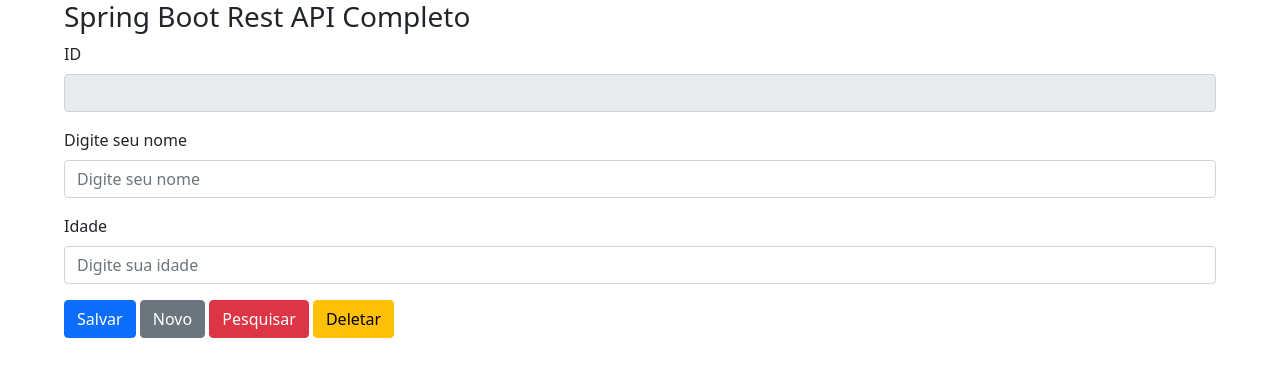
Repository: aldo-pereira22/projeto-srping-boot-1
Page: back-end/springboot-rest-api-sample/src/main/resources/static/index.html
The author's editor kept a copy of each file at every save. The page is drawn from the files as they stood at one save, then again after the next save.
The browser window is 1280 px wide. The pictures show the whole page.

Above is the page before, as saved 2021-06-10 20:32:43.

### back-end/springboot-rest-api-sample/src/main/resources/static/index.html
<html>

<head>

	<meta charset="utf-8">
	<title> Srping Boot com </title>
	<!-- Bootstrap CSS -->
	<link href="https://cdn.jsdelivr.net/npm/bootstrap@5.0.1/dist/css/bootstrap.min.css" rel="stylesheet"
		integrity="sha384-+0n0xVW2eSR5OomGNYDnhzAbDsOXxcvSN1TPprVMTNDbiYZCxYbOOl7+AMvyTG2x" crossorigin="anonymous">

<style type="text/css" >

	html {
		margin-left: 5%;
		margin-right: 5%;

	}
</style>
</head>

<body>
	<h3> Spring Boot Rest API Completo </h3>


	<form action="" id="formCadastroUser">
		<div class="mb-3">
			<label for="id" class="form-label">ID</label>
			<input type="text" class="form-control" id="id" readonly="readonly">
		</div>

		<div class="mb-3">
			<label for="nome" class="form-label">Digite seu nome</label>
			<input type="text" class="form-control" id="nome" required="required" placeholder="Digite seu nome">
		</div>
		<div class="mb-3">
			<label for="idade" class="form-label"> Idade </label>
			<input type="number" class="form-control" id="idade" required="required" placeholder="Digite sua idade">
		</div>


	</form>
	<button type="button" class="btn btn-primary" onclick="salvarUsuario()">Salvar</button>
	<button type="button" class="btn btn-secondary"
		onclick="document.getElementById('formCadastroUser').reset()">Novo</button>
	<button type="button" class="btn btn-danger" data-bs-toggle="modal" data-bs-target="#modalPesquisaUser">Pesquisar
	</button>
	<button type="button" class="btn btn-warning" onclick="botaoDeletar()" >Deletar</button>


	<div class="modal fade" id="modalPesquisaUser" tabindex="-1" aria-labelledby="exampleModalLabel" aria-hidden="true">
		<div class="modal-dialog">
			<div class="modal-content">
				<div class="modal-header">
					<h5 class="modal-title" id="exampleModalLabel">Pesquisa de Usuario</h5>
					<button type="button" class="btn-close" data-bs-dismiss="modal" aria-label="Close"></button>
				</div>
				<div class="modal-body">
					<form>
						<div class="mb-3">
							<label for="nameBusca" class="col-form-label">Informe o nome:</label>
							<input type="text" class="form-control" id="nameBusca">
						</div>
						<button type="button" class="btn btn-success" onclick="pesquisaUser()">Buscar</button>
					</form>

					<table class="table" id="tabelaresultados">
						<thead>
							<tr>
								<th scope="col">Id</th>
								<th scope="col">Nome</th>
								<th scope="col">Editar</th>
								<th scope="col">Deletar</th>
							</tr>
						</thead>
						<tbody>

						</tbody>
					</table>
				</div>
				<div class="modal-footer">
					<button type="button" class="btn btn-secondary" data-bs-dismiss="modal">Fechar</button>
				</div>
			</div>
		</div>
	</div>


	<script src="https://code.jquery.com/jquery-3.6.0.min.js"
		integrity="sha256-/xUj+3OJU5yExlq6GSYGSHk7tPXikynS7ogEvDej/m4=" crossorigin="anonymous"></script>
	<!-- Option 1: Bootstrap Bundle with Popper -->
	<script src="https://cdn.jsdelivr.net/npm/bootstrap@5.0.1/dist/js/bootstrap.bundle.min.js"
		integrity="sha384-gtEjrD/SeCtmISkJkNUaaKMoLD0//ElJ19smozuHV6z3Iehds+3Ulb9Bn9Plx0x4"
		crossorigin="anonymous"></script>
	<script type="text/javascript">

		function botaoDeletar(){
			var id = $('#id').val();
			deleteUser(id);

			document.getElementById('formCadastroUser').reset();
		}

		function deleteUser(id) {

			if (confirm("Deseja mesmo deletar ?")) {



				$.ajax({
					method: "DELETE",
					url: "delete",
					data: "iduser=" + id,
					success: function (response) {
						$('#' + id).remove();
						alert(response);

					}
				}).fail(function (xhr, status, errorThrown) {
					console.log("Erro ao Buscar o usuário por id" + xhr.responseText);
					alert(id);
					alert(xhr.responseText);
				});
			}

		}


		// Faz a requisição AJAX para o endpoint para pesquisar um usuário
		function pesquisaUser() {
			var nome = $('#nameBusca').val();

			if (nome != null && nome.trim() != '') {

				$.ajax({
					method: "GET",
					url: "buscarPorNome",
					data: "name=" + nome,
					contentType: "application/json; charset=utf-8",
					success: function (response) {

						$('#tabelaresultados > tbody > tr').remove();

						for (var i = 0; i < response.length; i++) {
							$('#tabelaresultados > tbody').append('<tr id="' + response[i].id + '"> <td> ' + response[i].id + '</td> <td>' + response[i].nome + '</td> <td> <button type="button" onclick="colocarEmEdicao(' + response[i].id + ')" class="btn btn-primary">Ver</button> </td> <td> <button type="button" class="btn btn-danger" onclick="deleteUser(' + response[i].id + ')" >Deletar</button> </td> </tr>');
						}

					}
				}).fail(function (xhr, status, errorThrown) {
					console.log("Erro ao Buscar" + xhr.responseText);
				});

			}
		}

		function colocarEmEdicao(id) {
			$.ajax({
				method: "GET",
				url: "buscarUserId",
				data: "idUser=" + id,
				contentType: "application/json; charset=utf-8",
				success: function (response) {
					$("#id").val(response.id);
					$("#nome").val(response.nome);
					$("#idade").val(response.idade);

					$('#modalPesquisaUser').modal('hide');

				}
			}).fail(function (xhr, status, errorThrown) {
				console.log("Erro ao Buscar o usuário por id" + xhr.responseText);
			});
		}

		function salvarUsuario() {
			var id = $("#id").val();
			var nome = $("#nome").val();
			var idade = $("#idade").val();

			$.ajax({
				method: "POST",
				url: "salvar",
				data: JSON.stringify({id: id, nome: nome, idade: idade}),
				contentType: "application/json; charset=utf-8",
				success: function (response) {

					$("#id").val(response.id);
					alert("Salvo com Sucesso! " + response);
				}
			}).fail(function (xhr, status, errorThrown) {
				console.log("Erro ao salvar" + xhr.responseText);
			});


		}

	</script>
</body>

</html>

After the next save:
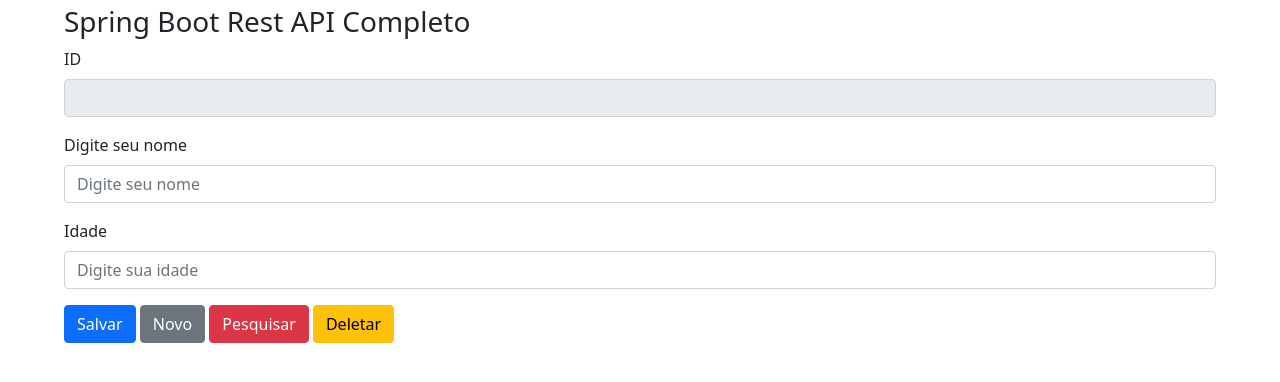
Saved 2 min 20 s later.
--- a/back-end/springboot-rest-api-sample/src/main/resources/static/index.html
+++ b/back-end/springboot-rest-api-sample/src/main/resources/static/index.html
@@ -13,7 +13,7 @@
 	html {
 		margin-left: 5%;
 		margin-right: 5%;
-
+		margin-top: 5px;
 	}
 </style>
 </head>
@@ -62,20 +62,21 @@
 						</div>
 						<button type="button" class="btn btn-success" onclick="pesquisaUser()">Buscar</button>
 					</form>
-
-					<table class="table" id="tabelaresultados">
-						<thead>
-							<tr>
-								<th scope="col">Id</th>
-								<th scope="col">Nome</th>
-								<th scope="col">Editar</th>
-								<th scope="col">Deletar</th>
-							</tr>
-						</thead>
-						<tbody>
-
-						</tbody>
-					</table>
+						<div style="height: 300px; overflow: scroll;">
+							<table class="table" id="tabelaresultados">
+								<thead>
+									<tr>
+										<th scope="col">Id</th>
+										<th scope="col">Nome</th>
+										<th scope="col">Editar</th>
+										<th scope="col">Deletar</th>
+									</tr>
+								</thead>
+								<tbody>
+
+								</tbody>
+							</table>
+						</div>
 				</div>
 				<div class="modal-footer">
 					<button type="button" class="btn btn-secondary" data-bs-dismiss="modal">Fechar</button>
